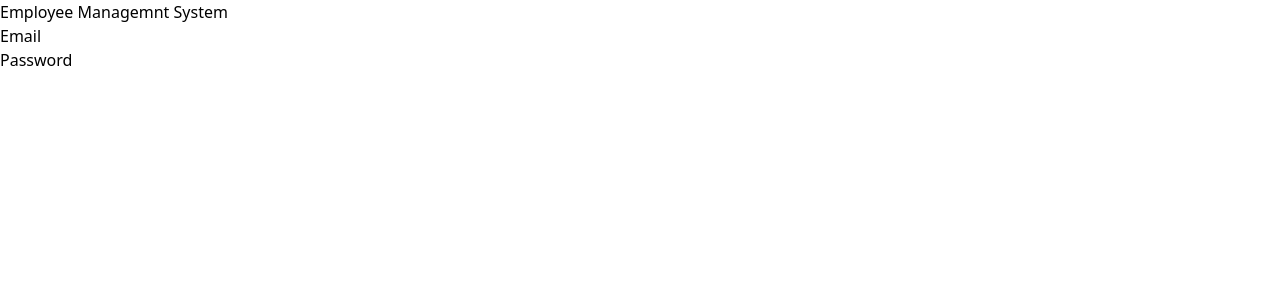
Repository: AuthnSapuarachchi/Employee-Management-System-MERN-Stack
Page: /login (app in frontend/)
The author's editor kept a copy of each file at every save. The page is drawn from the files as they stood at one save, then again after a run of saves.
The browser window is 1280 px wide. The pictures show the whole page.
The project was rebuilt for these pictures with package versions that can differ from the ones it lists, and the page was loaded fresh each time. Also part of the build but not shown: frontend/vite.config.js, frontend/src/pages/AdminDashboard.jsx.

Above is the page before, as saved 2025-08-21 10:28:42.

After the next 2 saves:
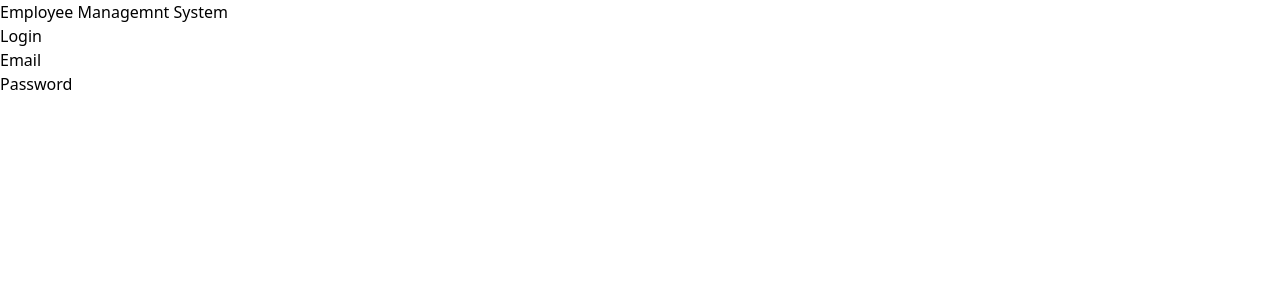
The 2 saves are shown as one change because they came seconds apart.
The last was saved 16 s later.
--- a/frontend/src/pages/Login.jsx
+++ b/frontend/src/pages/Login.jsx
@@ -5,6 +5,7 @@ const Login = () => {
     <div>
       <h2>Employee Managemnt System</h2>
       <form action="">
+        <h2>Login</h2>
         <div>
             <label htmlFor="email">Email</label>
             <input type="email" id="email" name="email" required />
